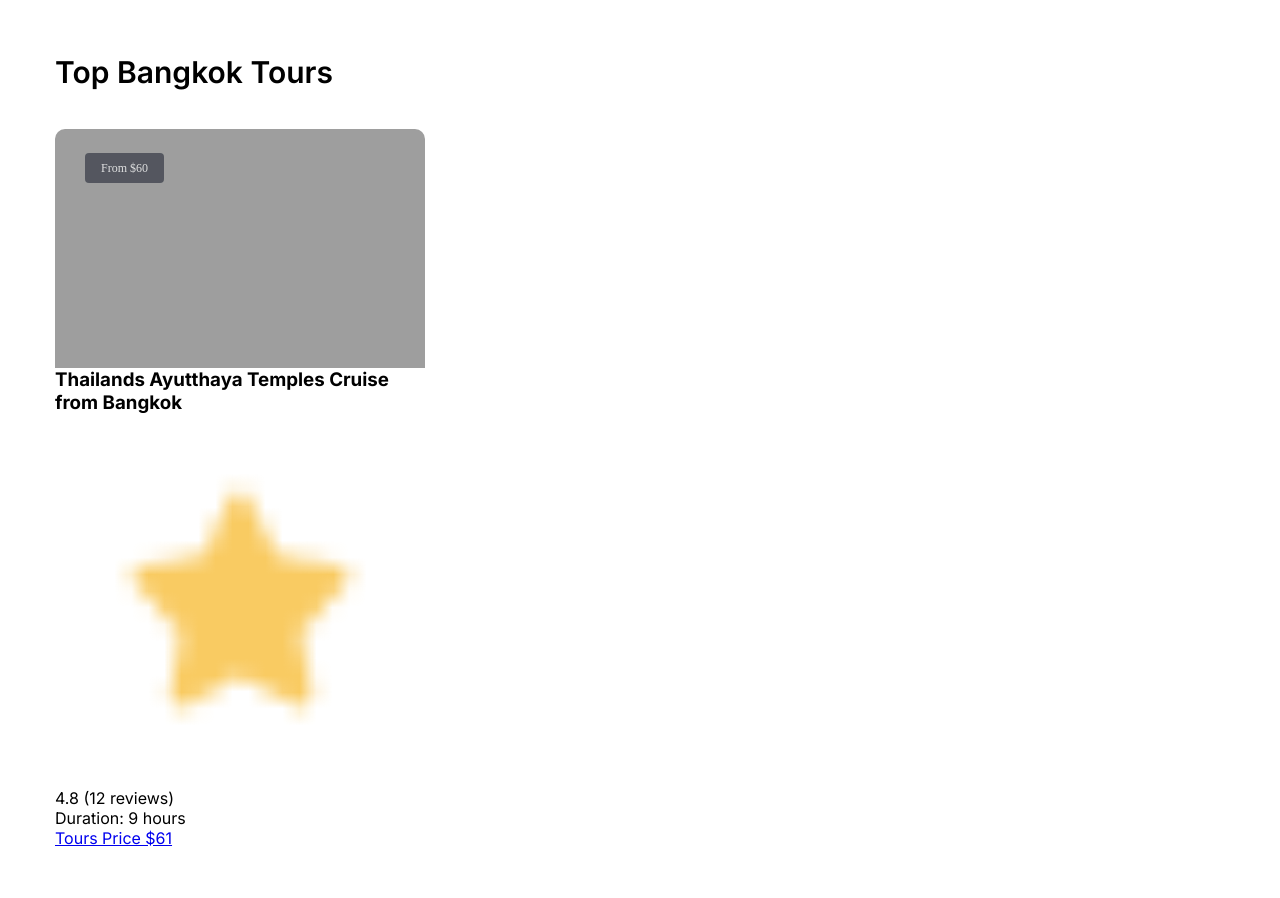
Repository: man0405/practice-web
Page: index.html
The author's editor kept a copy of each file at every save. The page is drawn from the files as they stood at one save, then again after the next save.
The browser window is 1280 px wide. The pictures show the whole page.
Pictures or frames that could not be fetched are drawn as grey boxes. Some web fonts or font styles are not loaded; a fallback is used.

Above is the page before, as saved 2023-03-29 10:26:46.

### index.html
<!DOCTYPE html>
<html lang="en">
  <head>
    <meta charset="UTF-8" />
    <meta http-equiv="X-UA-Compatible" content="IE=edge" />
    <meta name="viewport" content="width=device-width, initial-scale=1.0" />
    <title>Practice Website</title>
    <link rel="stylesheet" href="./main.css" />
    <link rel="preconnect" href="https://fonts.googleapis.com" />
    <link rel="preconnect" href="https://fonts.gstatic.com" crossorigin="" />
    <link
      href="https://fonts.googleapis.com/css2?family=Delicious+Handrawn&amp;family=Inter:wght@100;200;300;400;500;600;700;800;900&amp;family=Pacifico&amp;family=Roboto:ital,wght@0,100;0,300;0,400;0,500;0,700;0,900;1,100;1,300;1,400;1,500;1,700;1,900&amp;display=swap"
      rel="stylesheet"
    />
  </head>
  <body>
    <section class="top-tour">
      <div class="container">
        <h2 class="heading">Top Bangkok Tours</h2>
        <div class="tour-list">
          <div class="tour-item">
            <div class="tour-top">
              <img
                class="tour-image"
                src="https://source.unsplash.com/random"
                alt="tour-image"
              /><span class="tour-price">From $60</span>
            </div>
            <div class="tour-contents">
              <h3 class="tour-title">
                Thailands Ayutthaya Temples Cruise from Bangkok
              </h3>
              <div class="tour-rating">
                <div class="tour-review">
                  <div class="tour-star">
                    <img src="./img/star.png" alt="tour-rating" />
                  </div>
                  <div class="tour-review-count">4.8 (12 reviews)</div>
                </div>
                <div class="tour-duration">Duration: 9 hours</div>
              </div>
              <a
                class="tour-button"
                href="#"
                target="_blank"
                rel="noopener noreferrer"
                >Tours Price $61</a
              >
            </div>
          </div>
        </div>
      </div>
    </section>
  </body>
</html>

### main.css
* {
  padding: 0;
  margin: 0;
  border: none;
  box-sizing: border-box;
}

body {
  font-family: "Inter", sans-serif;
  /* font-family: "Pacifico", cursive;
  font-family: "Roboto", sans-serif; */
}

img {
  width: 100%;
  height: 100%;
}

:root {
  --text-color: #fcfcfd;
  --gray-2: #353945;
}

.container {
  width: 1170px;
  margin: 50px auto;
}

.heading {
  font-size: 30px;
  font-weight: 600;
  line-height: 1.5;
  margin-bottom: 34px;
}

.tour-item {
  border-radius: 10px;
  width: 370px;
}

.tour-top {
  width: 100%;
  height: 239px;
  position: relative;
  margin-bottom 20px; ;
}

.tour-image {
  border-top-right-radius: 10px;
  border-top-left-radius: 10px;
  object-fit: cover;
}

.tour-price {
  position: absolute;
  top: 24px;
  left: 30px;
  color: var(--text-color);
  background-color: var(--gray-2);
  padding: 5px 16px;
  opacity: 0.7;
  border-radius: 4px;

  font-size: 12px;
  font-weight: 500;
  font-family: "DM Sans";
  line-height: 1.6667;
}

After the next save:
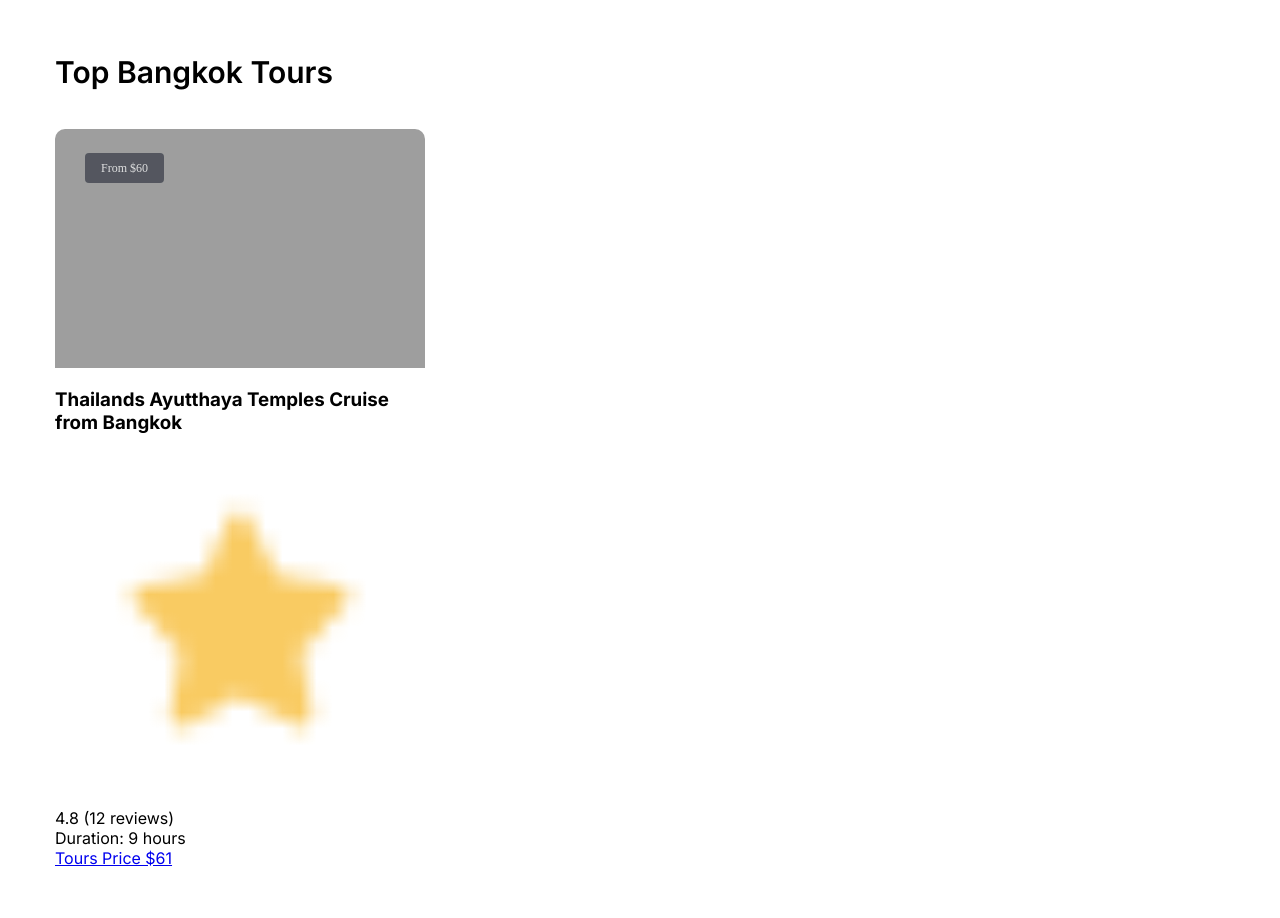
Saved 9 s later.
--- a/main.css
+++ b/main.css
@@ -42,7 +42,7 @@ img {
   width: 100%;
   height: 239px;
   position: relative;
-  margin-bottom 20px; ;
+  margin-bottom: 20px;
 }
 
 .tour-image {
